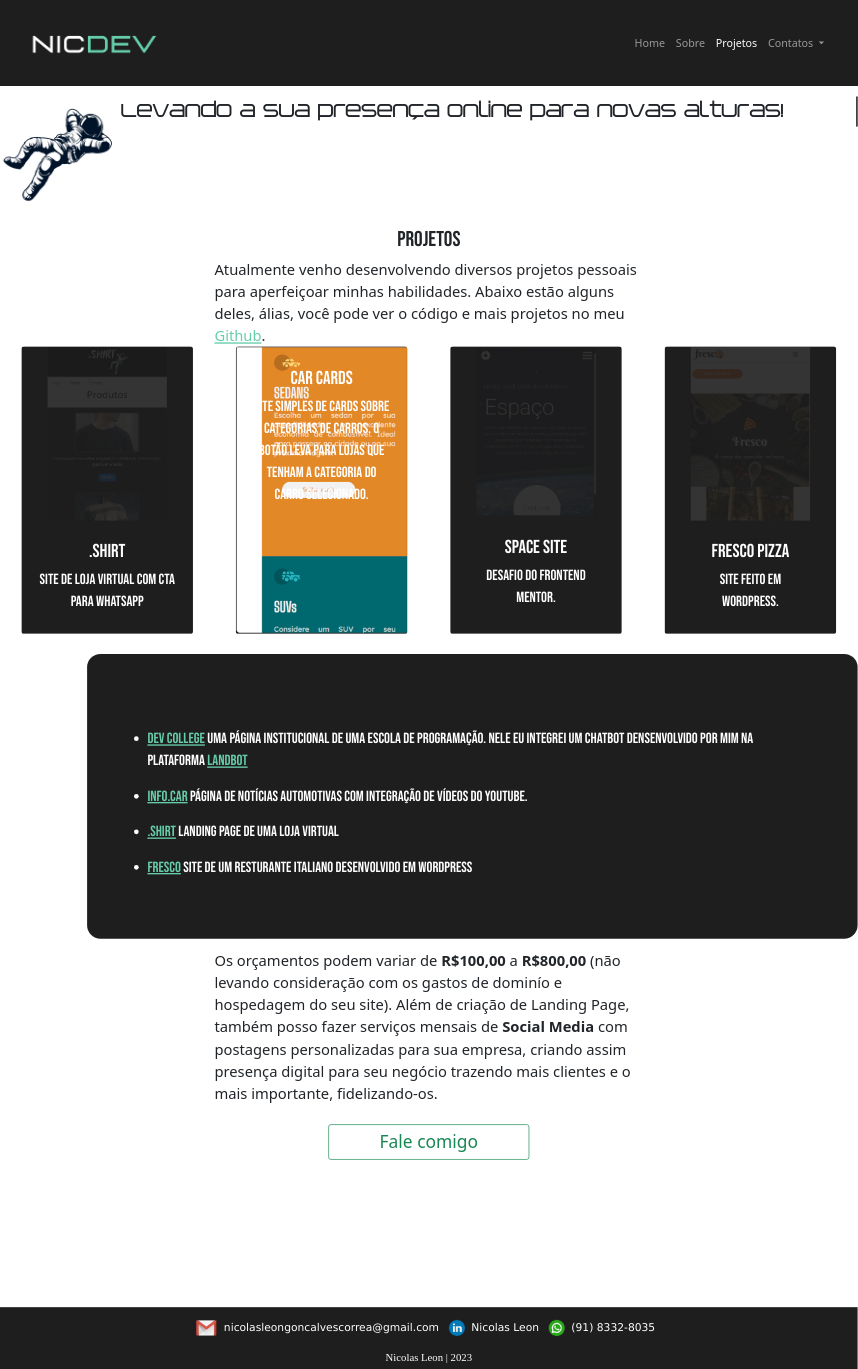
Repository: Leonngc/nicdev
Page: projects.html
The author's editor kept a copy of each file at every save. The page is drawn from the files as they stood at one save, then again after the next save.
The browser window is 1280 px wide. The pictures show the whole page, at 67% of full size.

Above is the page before, as saved 2023-06-04 23:05:55.

After the next save:
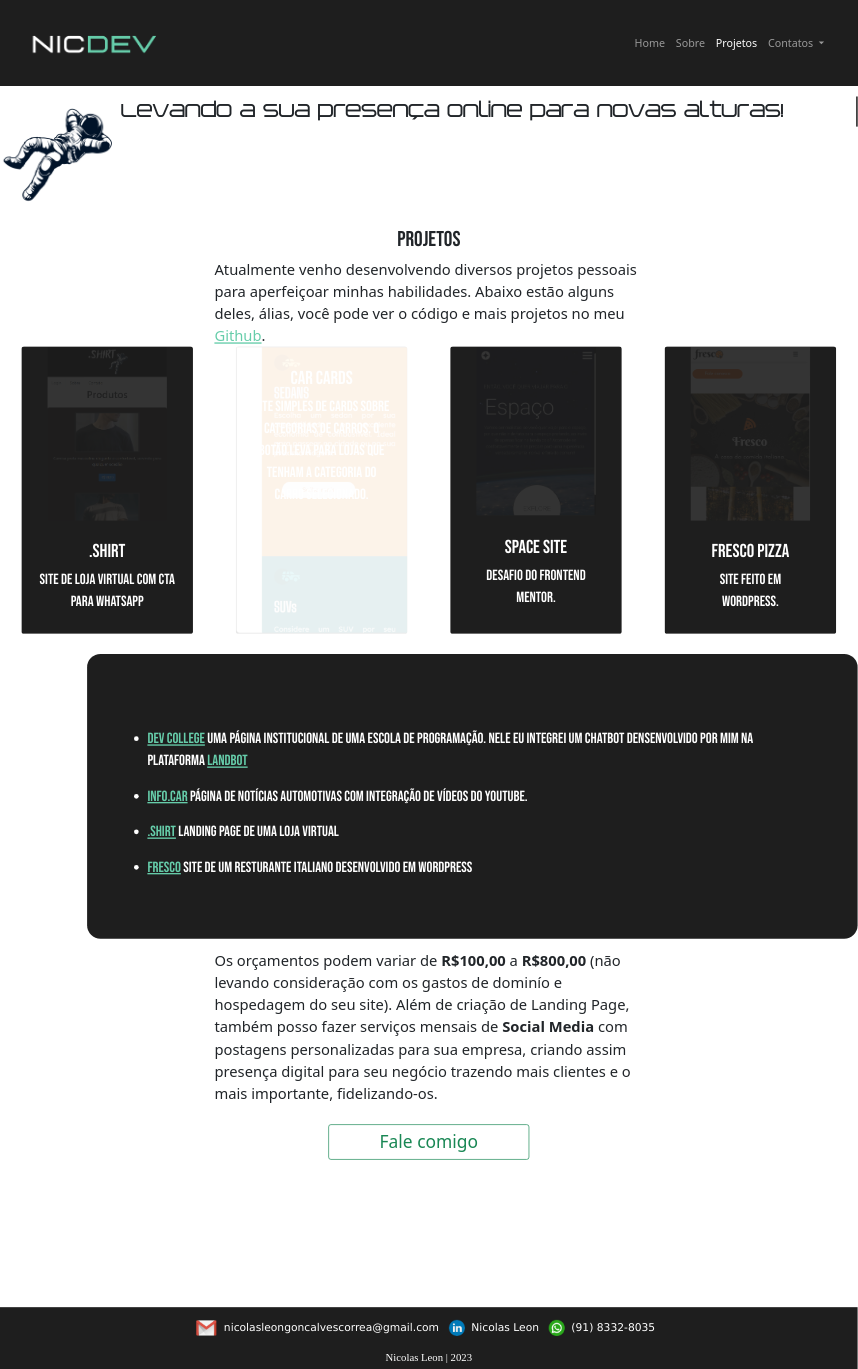
Saved 4 s later.
--- a/styles/projects.css
+++ b/styles/projects.css
@@ -118,7 +118,7 @@
   background-image: url(../images/carcards.png);
   background-repeat: no-repeat;
   background-size: cover;
-  filter: opacity(10);
+  filter: opacity(10%);
 
 }
 

After the 3 saves that followed:
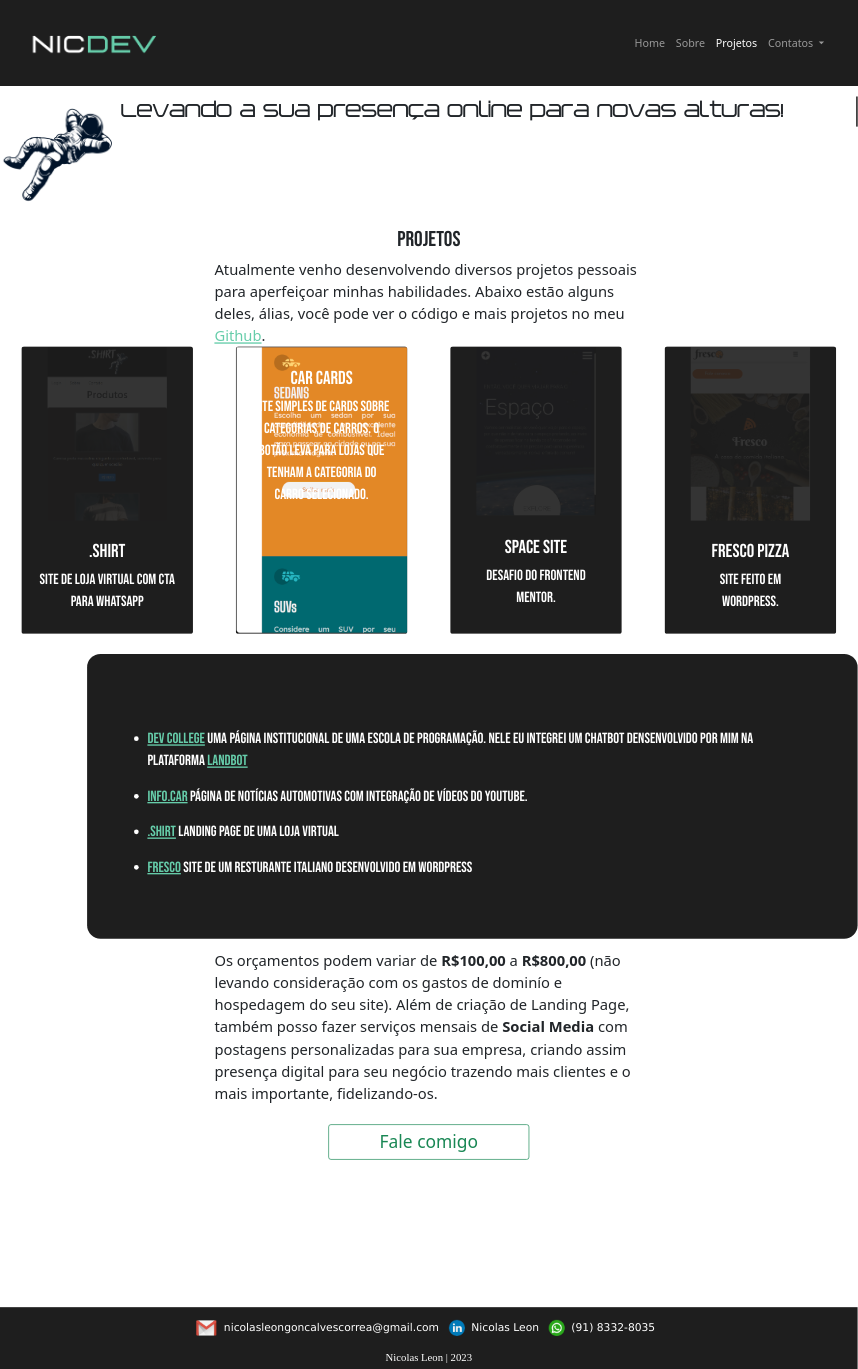
The 3 saves are shown as one change because 1 left the picture as it was and some came seconds apart.
The last was saved 15 s later.
--- a/styles/projects.css
+++ b/styles/projects.css
@@ -118,7 +118,7 @@
   background-image: url(../images/carcards.png);
   background-repeat: no-repeat;
   background-size: cover;
-  filter: opacity(10%);
+  filter: opacity(10%) black;
 
 }
 
